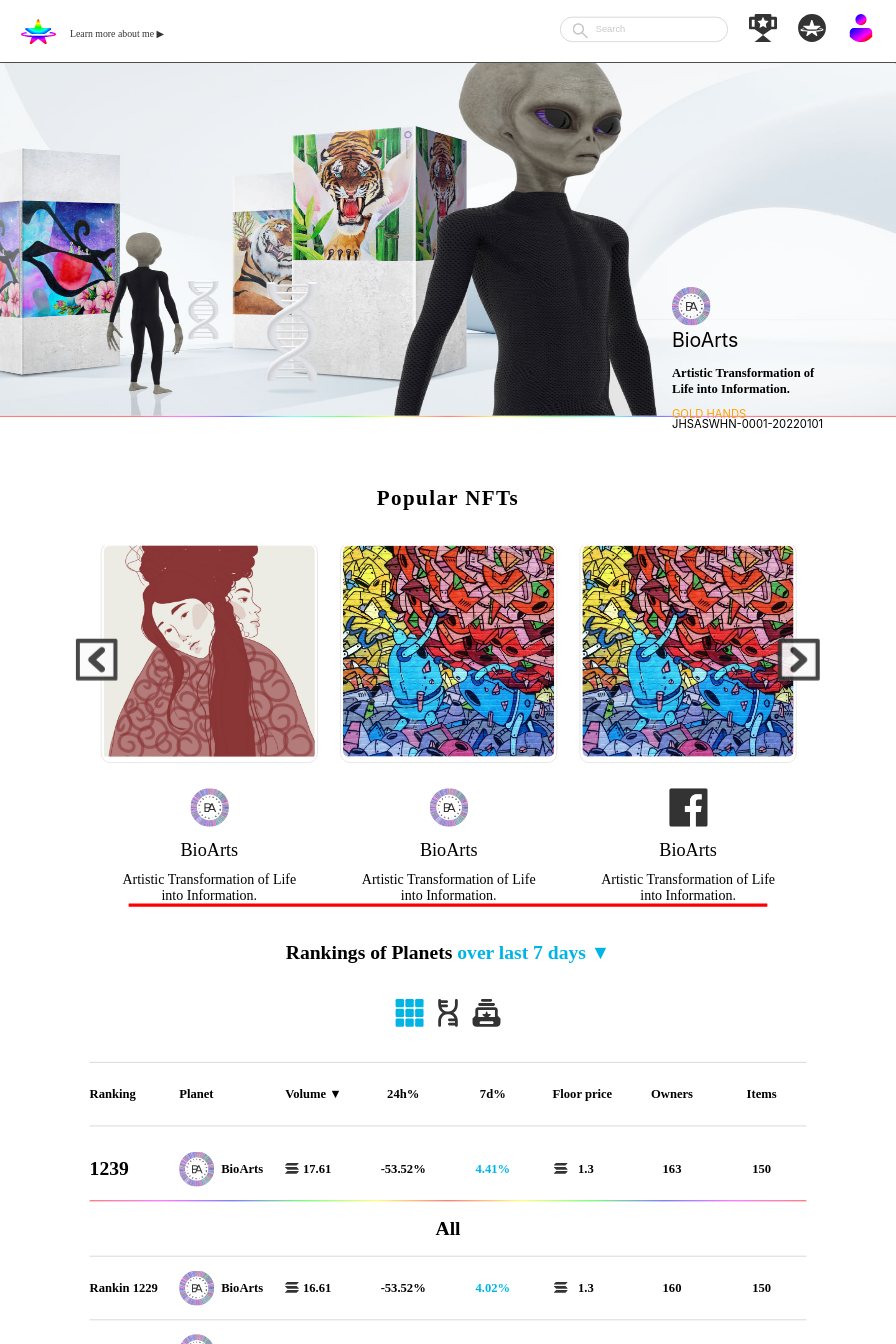
Repository: superHotBob/bioart
Page: /
The author's editor kept a copy of each file at every save. The page is drawn from the files as they stood at one save, then again after the next save.
The browser window is 1280 px wide. The pictures show the part of the page from y = 0 to 1920 px (the page is 2850 px tall), at 70% of full size.
Some web fonts or font styles are not loaded; a fallback is used. The project was rebuilt for these pictures with package versions that can differ from the ones it lists, and the page was loaded fresh each time. The framework's server and built-in components were replaced by stand-ins that run in the browser. Also part of the build but not shown: next.config.js.

Above is the page before, as saved 2022-04-06 09:03:43.

### pages/_app.js
import "../styles/globals.css";
import Layout from "../components/layout";
import { Provider } from "react-redux";
import store from "../store";

export default function MyApp({ Component, pageProps }) {
  return (
    <Provider store={store}>
      <Layout>
        <Component {...pageProps} />
      </Layout>
    </Provider>
  );
}

### styles/globals.css
@font-face {
  font-family: 'GmarketSansMedium';
  src: url('https://cdn.jsdelivr.net/gh/projectnoonnu/noonfonts_2001@1.1/GmarketSansMedium.woff') format('woff');
  font-weight: normal;
  font-style: normal;
}
@font-face {
  font-family: 'GmarketSansLight';
  src: url('https://cdn.jsdelivr.net/gh/projectnoonnu/noonfonts_2001@1.1/GmarketSansLight.woff') format('woff');
  font-weight: normal;
  font-style: normal;
}
@font-face {
  font-family: 'GmarketSansBold';
  src: url('https://cdn.jsdelivr.net/gh/projectnoonnu/noonfonts_2001@1.1/GmarketSansBold.woff') format('woff');
  font-weight: normal;
  font-style: normal;
}
html,
body {
  padding: 0;
  margin: 0;
  font-family: -apple-system, BlinkMacSystemFont, Segoe UI, Roboto, Oxygen,
    Ubuntu, Cantarell, Fira Sans, Droid Sans, Helvetica Neue, sans-serif;
}

input, select, button, textarea {
  outline: none;
}
a {
  color: inherit;
  text-decoration: none;
  cursor: pointer;
}
input::placeholder {
  color: #c9c9c9;
}
* {
  box-sizing: border-box;
  background-repeat: no-repeat;
}
button {
  cursor: pointer;
  font-family: "GmarketSansMedium";
  font-size: 18px;
  text-align: center;
}
.error {
  color: red;
  font-size: 20px;
}
figure {
  margin: 0;
  display: inline-block;
}
select {
  -webkit-appearance: none;
  -moz-appearance: none;

  height: 44px;
  padding-left: 20px;
  font-size: 18px;
  background: transparent;
  border: 1px solid #c9c9c9;
  border-radius: 20px;
  background: url('/icon_drp_arr.svg')  100% / 17% 35% no-repeat;
}
.blue {
  color: rgb(0, 180, 230);
  font-size: 18px;
  padding: 2px 0 2px 27px;

}
.bold {
  font-weight: 800;
  font-family: "GmarketSansbold";
}


.solana {
  background: url('/icon_graph_01.svg')  left 35% / auto 68% no-repeat;


}
@media screen and (max-width: 550px) {
  .blue {
    font-size: 14px;
    padding: 2px 0 2px 25px;
  }
}

### components/layout.js
import Navbar from "./navbar";
import Footer from "./footer";

export default function Layout({ children }) {
  return (
    <>
      <Navbar />
      <main style={{borderBottom: '1px solid #000'}}>
        {children}
        <style jsx global>{`
          .lastStringNft {
            width: 90%;
            position: absolute;
            top: 85%;
            left: 5%;
            padding: 10px 0;
            border-top: 1px solid #c9c9c9;
            font-size: 18px;
            color: #333;
            display: flex;
            justify-content: space-between;
            font-family: "GmarketSansLight";
          }
          .lastStringNft b {
            margin: 0 5px 0 0;
            flex-grow: 1;
          }
          .iconGraph {
            margin: 0px 15px;
            vertical-align: top;
            display: inline-block;
          }
          .priceNft {
            text-align: center;
            font-size: 30px;
            margin: 10px 0 0;
            font-family: "GmarketSansMedium";
          }
          .textNft {
            font-size: 1vw;
            margin: 0 0 15px;
            text-align: center;
            font-weight: 300;
            font-family: "GmarketSansLight";
          }
          .iconSlider {
          margin-top: 0;
          width: 65px;
          height: 65px;
        }
        .iconItemNft {
            width: 65px;
            height: 65px;
            display: block;
            margin: 0 auto;
            background-color: #fff;
            border-radius: 50%;
            border: 4px solid #fff;
            outline: 1px solid #ddd;
          }
          .itemSliderNft {
            position: relative;
          }
        `}</style>
      </main>
      <Footer />
    </>
  );
}

### store/index.js
import { configureStore } from "@reduxjs/toolkit";

import counterReducer from "../reduser";

export function makeStore() {
  return configureStore({
    reducer: { counter: counterReducer },
  });
}

const store = makeStore();

export default store;

### styles/Home.module.css
@font-face {
  font-family: "MyWebFontBlack";
  src: url("/fonts/NotoSerifCJKkr-Black.woff") format("woff");
}
@font-face {
  font-family: "MyWebFontBold";
  src: url("/fonts/NotoSerifCJKkr-Bold.woff") format("woff");
}
@font-face {
  font-family: "MyWebFontSCMediun";
  src: url("/fonts/NotoSerifSC-Medium.woff") format("woff");
}
@font-face {
  font-family: "MyWebFontSCLight";
  src: url("/fonts/NotoSerifSC-Light.woff") format("woff");
}
@font-face {
  font-family: "GmarketSansMedium";
  src: url("https://cdn.jsdelivr.net/gh/projectnoonnu/noonfonts_2001@1.1/GmarketSansMedium.woff")
    format("woff");
  font-weight: normal;
  font-style: normal;
}
.container {
  padding: 0;
}
.main {
  min-height: 80vh;
}
.header {
  height: 90px;
  display: block;
  position: relative;
  padding: 20px 30px;
  box-sizing: border-box;
  border-bottom: 1px solid #000;
}
.header .learn {
  margin: -34px 20px 0;
  vertical-align: middle;
  display: inline-block;
  width: 20%;
  font-size: 14px;
  cursor: pointer;
  font-family: "GmarketSansLight";
  color: #333;
}
.header a:hover {
  color: blue;
}
.symbol {
  margin-right: -40px;
  position: relative;
  z-index: 100;
  top: -1px;
}
.symbol_icon {
  height: 50px;
  width: 50px;
  display: inline-block;
  background: url("/symbol.svg") center / 100% no-repeat;
}
.search_input {
  position: relative;
  z-index: 1;
  border: 1px solid #c9c9c9;
  border-radius: 20px;
  height: 36px;
  width: 240px;
  padding: 0 20px 0 50px;
  vertical-align: text-bottom;
  outline: none;
}
.menu_tab {
  float: right;
  width: auto;
  text-align: right;
}
.tab01,
.tab02,
.tab03active,
.tab03,
.iconLike {
  height: 40px;
  width: 40px;
  vertical-align: sub;
  display: inline-block;
  margin-left: 30px;
}
.iconLike {
  position: relative;
  margin-left: 90px;
  cursor: pointer;
}
.iconLike::before {
  position: absolute;
  font-size: 18px;
  content: "250";
  left: -45px;
  top: 11px;
  font-family: "GmarketSansLight";
  display: inline-block;
}
.tab01 {
  background: url("/icon_tab_off_01.svg") center 100% no-repeat;
}
.tab01:hover {
  background: url("/icon_tab_on_01.svg") center 100% no-repeat;
}
.tab02 {
  background: url("/icon_tab_off_02.svg") center 100% no-repeat;
}
.tab03active {
  background: url("/icon_tab_on_03.svg") center 100% no-repeat;
}
.tab02:hover {
  background: url("/icon_tab_on_02.svg") center 100% no-repeat;
}
.tab03 {
  background: url("/icon_tab_off_03.svg") center 100% no-repeat;
}
.iconLike {
  background: url("/icon_like_on.svg") center 100% no-repeat;
}
.tab03:hover {
  background: url("/icon_tab_on_03.svg") center 100% no-repeat;
}
.wrapFirstBlock {
  width: 100%;
  height: 70.1vh;
  background: url('/main_top_bgline.jpg')  bottom center / 100% 1px repeat-x;
}
.firstBlock {
  /* background: url('/main_top_bg.jpg') center / 100% auto no-repeat;  */
  height: 70vh;
  position: relative;
}
.firstBlockText {
  position: absolute;
  top: 57%;
  left: 75%;
}
.firstBlockTextOnly h3 {
  font-size: 28px;
  font-weight: 400;
  color: #000;
  margin: 0;
}
.firstBlockTextOnly p {
  font-size: 18px;
  line-height: 1.3;
  font-family: "GmarketSansLight";
  font-weight: 800;
}
.gold {
  color: #ffa300;
  font-size: 16px;
  display: block;
  line-height: 10px;
}
.slider h2,
.sliderNft h2 {
  font-size: 30px;
  letter-spacing: 2px;
  font-family: "GmarketSansLight";
  font-weight: 800;
}
.sliderWraper,
.sliderWraperNft {
  height: auto;
  width: 80%;
  margin: 50px auto;
  position: relative;
}
.sliderWraperNft {
  width: 100%;
}
.bodySlider {
  height: auto;
  display: flex;
  justify-content: space-between;
}
.sliderBtnPrev,
.sliderBtnNext {
  position: absolute;
  border: none;
  top: 26%;
  height: 60px;
  width: 60px;
  left: -2%;
  opacity: 0.9;
  background-position: center;
  background-repeat: no-repeat;
  background-size: 100%;
  background-image: url("/slider_prev_btn.svg");
}
.sliderBtnPrev:hover {
  background-image: url("/slider_prev_btn_hv.svg");
  opacity: 1;
}
.sliderBtnNext {
  left: 96%;
  background-image: url("/slider_next_btn.svg");
}
.sliderBtnNext:hover {
  background-image: url("/slider_next_btn_hv.svg");
  opacity: 1;
}

.itemSlider {
  height: 40vw;
  padding: 0 20px;
  text-align: center;
}
.itemSliderImage {
  outline-offset: 3px;
  outline: 1px solid #ddd;
  background-size: 100% auto;
  border-radius: 10px;
  background-position: center top;
  background-repeat: no-repeat;
  height: 60%;
  margin-bottom: 40px;
  cursor: pointer;
}
.sliderText {
  font-size: 26px;
  margin: 15px;
  font-family: "GmarketSansMedium";
  font-weight: 400;
}
.sliderText p {
  font-size: 20px;
  margin: 15px 0 0;
  font-family: "GmarketSansLight";
}
.itemSlider .img {
  margin: 15px;
}
.sliderDot {
  margin: 0 auto;
  background-color: red;
  width: 89%;
}

.table h2 {
  text-align: center;
  font-family: "GmarketSansLight";
  font-size: 28px;
}
.table h2 a {
  color: #00b4e6;
}
.icons {
  width: 164px;
  margin: 50px auto;
  display: flex;
  justify-content: space-between;
}
.icons img:hover {
  cursor: pointer;
}
.tableBody {
  width: 80%;
  margin: 20px auto;
}
.headerTable,
.bodyTable,
.headerTableFirst {
  display: flex;
  justify-content: space-between;
  border-top: 1px solid #c9c9c9;
  border-bottom: 1px solid #c9c9c9;
  padding: 20px 0;
  font-weight: bold;
}
.headerTableFirst {
  border-top: none;
  border-image: linear-gradient(
    90deg,
    rgba(255, 0, 0, 1) 0%,
    rgba(255, 0, 255, 1) 10%,
    rgba(0, 0, 255, 1) 20%,
    rgba(0, 255, 0, 1) 30%,
    rgba(255, 255, 0, 1) 40%,
    rgba(255, 0, 0, 1) 50%,
    rgba(255, 255, 0, 1) 60%,
    rgba(0, 255, 0, 1) 70%,
    rgba(0, 0, 255, 1) 80%,
    rgba(255, 0, 255, 1) 90%,
    rgba(255, 0, 0, 1) 100%
  );
  border-image-slice: 1;
}
p.bodyTable {
  border-bottom: none;
  margin: 0;
}
p.headerTable:hover {
  background-color: rgba(220, 220, 220, 0.3);
  cursor: pointer;
  box-shadow: 0 1px 10px 5px rgba(220, 220, 220, 0.3);
}
.volumeIcon,.volumeIcon_2 {
  background: url("/icon_graph_01.svg") 21% 47%/ 16% no-repeat;
  padding-left: 10px;
}
.headerTable span,
.bodyTable span,
.headerTableFirst span {
  flex-grow: 1;
  font-size: 18px;
  line-height: 50px;
  font-family: "GmarketSansLight";
  width: 10%;
  text-align: center;
  display: inline-block;
}
.data {
  border-bottom: 1px solid #c9c9c9;
}
.btnPage {
  margin: 50px auto;
  text-align: center;
}
.btnPrev,
.btnNext {
  border: none;
  background: none;
  font-size: 18px;
  z-index: 1;
  font-family: "GmarketSansMedium";
  font-weight: 400;
  position: relative;
  color: #c9c9c9;
}
.btnPrev:hover {
  color: #000;
}
.btnPrev:hover::before {
  background-image: url("/prev_btn_hv.svg");
}
.btnNext:hover {
  color: #000;
}
.btnNext:hover::after {
  background-image: url("/next_btn_hv.svg");
}
.btnPrev:before,
.btnNext::after {
  content: "";
  width: 12px;
  height: 18px;
  z-index: 1;
  background-image: url("/prev_btn.svg");
  background-repeat: no-repeat;
  display: inline-block;
  vertical-align: middle;
  background-color: inherit;
  background-position: center center;
  margin: -5px 5px 0 0;
}
.btnNext::after {
  background-image: url("/next_btn.svg");
  margin: -5px 0 0 5px;
}
.footer {
  padding: 2rem 0;
  background-color: #f9f9f9;
  text-align: center;
  border-image: linear-gradient(
    90deg,
    rgba(255, 0, 0, 1) 0%,
    rgba(255, 0, 255, 1) 10%,
    rgba(0, 0, 255, 1) 20%,
    rgba(0, 255, 0, 1) 30%,
    rgba(255, 255, 0, 1) 40%,
    rgba(255, 0, 0, 1) 50%,
    rgba(255, 255, 0, 1) 60%,
    rgba(0, 255, 0, 1) 70%,
    rgba(0, 0, 255, 1) 80%,
    rgba(255, 0, 255, 1) 90%,
    rgba(255, 0, 0, 1) 100%
  );
  border-image-slice: 1;
  border-bottom: 1px solid #333;
}
.br {
  display: none;
}
.footerIconText {
  font-size: 34px;
  font-family: "GmarketSansMedium";
  font-weight: 400;
  margin: 10px 0;
  letter-spacing: 2px;
}
.footerText {
  font-size: 24px;
  font-family: "GmarketSansMedium";
  color: #c9c9c9;
}
.learnFooter {
  color: #00b4e6;
  font-size: 18px;
  font-family: "GmarketSansMedium";
}
.learnFooter:hover {
  color: #333;
}
.block_likes {
  width: 600px;
  height: 60vh;
  position: absolute;
  right: 35px;
  font-size: 18px;
  top: 90px;
  z-index: 100;
  text-align: center;
  padding: 20px;
  background-color: #fff;
  overflow-y: auto;
  border: 1px solid #c9c9c9;
  border-top: none;
}
.block_likes p {
  font-family: "GmarketSansLight";
  display: flex;
  justify-content: space-between;
  align-items: center;
  font-size: 20px;
  margin: 30px 0;
}
.icon_like span {
  border-radius: 50%;
  height: 50px;
  width: 50px;
  outline: 1px solid #c9c9c9;
  outline-offset: 2px;
  vertical-align: middle;
}
.icon_like_last span {
  border-radius: 0;
  outline: 1px solid #c9c9c9;
  outline-offset: 2px;
  vertical-align: middle;
}
.name {
  width: 35%;
  text-align: left;
}
.mobile {
  display: inline-block;
}
.mobileYes {
  display: none !important;
}
.planetsTableData {
    flex-grow: 4;
    font-size: 28px;
    height: 50px;
    text-align: left;
    background-image: url('/icon_ba.svg');
    background-repeat: no-repeat;
    background-size: 50px;
    padding-left: 60px;
}
@media screen and (max-width: 550px) {
  .search_input,
  .symbol {
    display: none;
  }
  .header {
    padding: 20px 10px;
  }
  .symbol_icon {
    height: 50px;
    width: 50px;
  }
  .tab01,
  .tab02,
  .tab03active,
  .tab03,
  .iconLike {
    margin-left: 10px;
  }
  .tab01 {
    margin: 0;
  }
  .header .learn {
    width: 100px;
    margin: -34px 10px 0;
  }
  .menu_tab {
    margin-top: 5px;
    justify-content: space-around;
    display: flex;
    width: 45%;
  }
  .firstBlock {
    height: 50vw;
  }
  .firstBlockText {
    position: static;
    background-color: #f9f9f9;
    padding: 30px 15px;
    border-image: linear-gradient(
    90deg,
    rgba(255, 0, 0, 1) 0%,
    rgba(255, 0, 255, 1) 10%,
    rgba(0, 0, 255, 1) 20%,
    rgba(0, 255, 0, 1) 30%,
    rgba(255, 255, 0, 1) 40%,
    rgba(255, 0, 0, 1) 50%,
    rgba(255, 255, 0, 1) 60%,
    rgba(0, 255, 0, 1) 70%,
    rgba(0, 0, 255, 1) 80%,
    rgba(255, 0, 255, 1) 90%,
    rgba(255, 0, 0, 1) 100%
  );
  border-image-slice: 1;
  border-bottom: 1px solid #333;
  }
  .firstBlockTextOnly {
    display: inline-block;
    vertical-align: top;
    margin-left: 10px;
    color: gray;
    width: 79%;
  }
  .wrapFirstBlock {
    height: auto;
  }
  .sliderWraper {
    width: 100%;
    margin: 20px auto 100px;
  }
  .itemSlider {
    height: 150vw;
    text-align: initial;
  }
  .sliderText {
    width: 70%;
    vertical-align: top;
    display: inline-block;
  }
  .volumeIcon {
    background: url(/icon_graph_01.svg) 0% 19%/ 32% no-repeat;
    padding-left: 15px;

  }
  .br {
    display: inline;
  }
  .mobile, .czczxc, .volumeIcon_2 {
    display: none !important;
  }
  .mobileYes {
    display: inline !important;
    font-size: 12px !important;
  }
  .headerTable span, .headerTableFirst span, .bodyTable span {
    width: fit-content;
    flex-grow: 0;
    padding-top: 5px;
    line-height: 23px;
    text-align: right;
  }
  .headerTable {
    justify-content: space-around;
    padding: 5px 0;
  }
  .tableBody {
    width: 90%;
  }
  .icons {
    width: 200px;
  }
  .sliderBtnNext, .sliderBtnPrev {
    display: none;
  }
}

### components/navbar.js
import Image from "next/image";
import Link from "next/link";
import styles from "../styles/Home.module.css";
import react, { useState} from 'react';

const likes = [
  { name: "Bob", date: 2 },
  { name: "Fill", date: 4 },
  { name: "Bill", date: 3 },
  { name: "Martin", date: 12 },
  { name: "Ali", date: 14 },
  { name: "Ivan", date: 13 },
];
export default function Navbar() {
  const [likesView, setLikesView] = useState(false);
  return (
    <div className={styles.header}>
      <Link href="/explore" passHref>
        <figure className={styles.symbol_icon}/>
      </Link>

      <Link href="/">
        <a className={styles.learn}>Learn more about me &#9654;</a>
      </Link>
      <div className={styles.menu_tab}>
        <span className={styles.symbol}>
          <Image src="/icon_search.svg" width={22} height={22} alt="search" />
        </span>
        <input
          type="search"
          className={styles.search_input}
          placeholder="Search"
        />
        <Link href="/createitem/createitem">
          <a className={styles.tab01} />
        </Link>
        <Link href="/geno">
          <a className={styles.tab02} />
        </Link>
        <Link href="/profilesetting" >
          <a className={styles.tab03active} />
        </Link>

        {/* <b className={styles.iconLike} onClick={()=>setLikesView(!likesView)}/> */}

        {likesView && <div className={styles.block_likes}>
          LIKE
          {likes.map((i, index) => (
            <p key={index}>
              <figure className={styles.icon_like}>
                <Image
                  src="/article-img.png"
                  width={50}
                  height={50}
                  alt="icon"
                />
              </figure>
              <span className={styles.name}> {i.name} likes this</span>
              <span>{i.date} days ago</span>
              <figure className={styles.icon_like}>
                <Image src="/icon_ba.svg" width={50} height={50} alt="icon" />
              </figure>
              <figure className={styles.icon_like_last}>
                <Image
                  src="/planet-img-02.png"
                  width={50}
                  height={50}
                  alt="icon"
                />
              </figure>
            </p>
          ))}
        </div>}
      </div>
    </div>
  );
}

### components/footer.js
import Image from "next/image";
import styles from "../styles/Home.module.css";
export default function Footer() {
  return (
    <footer className={styles.footer}>
      <span className={styles.logo}>
        <Image src="/symbol.svg" alt=" Logo" width={112} height={80} />
      </span>
      <p className={styles.footerIconText}>GenoVerse</p>
      <p className={styles.footerText}>
        GenoVerse is a unique NFT market specialized in the genome.
      </p>
      <a src="/#" className={styles.learnFooter}>
        Learn more about me &#9654;
      </a>
    </footer>
  );
}

### reduser/index.js
import { createSlice } from "@reduxjs/toolkit";

const initialState = {
 profile: {
  email: 'bob@tut.by',
  name: 'bob',
  representative_planet: 'Geno`s Collection'
 },
  walletAddress: "",
  balance: 0,
  token: "",
  tokenId: 0,
};
export const counterSlice = createSlice({
  name: "counter",
  initialState,

  reducers: {
    increment: (state) => {
      state.value = true;
    },

    addAccount: (state, action) => {
      state.walletAddress = action.payload;
    },
    changeBalance: (state, action) => {
      state.balance = action.payload;
    },
    setToken: (state, action) => {
      state.token = action.payload;
    },
    setTokenId: (state, action) => {
      state.tokenId = action.payload;
    },
  },
});
export const {
    increment,
    addAccount,
    changeBalance,
    setToken,
    setTokenId,
  } = counterSlice.actions;

  export const profile = (state) => state.counter.profile;

  export const selectCount = (state) => state.counter.value;
  export const walletAddress = (state) => state.counter.walletAddress;
  export const balance = (state) => state.counter.balance;
  export const token = (state) => state.counter.token;
  export const tokenId = (state) => state.counter.tokenId;

  export default counterSlice.reducer;

Loaded but not shown: pages/_document.js (common file); pages/index.js (382 lines, source omitted)

After the next save:
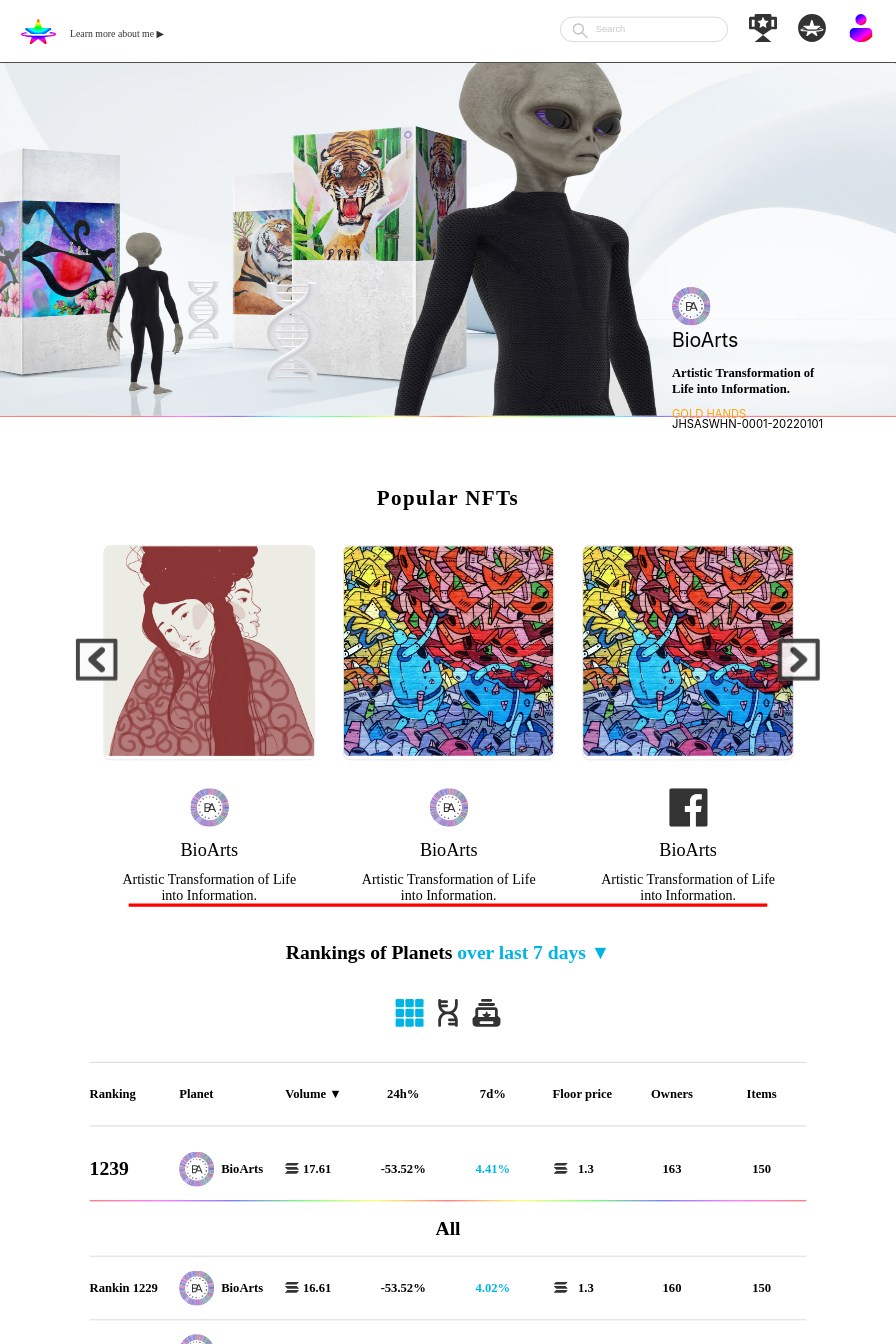
Saved 2 min 39 s later.
--- a/styles/Home.module.css
+++ b/styles/Home.module.css
@@ -213,8 +213,8 @@
   text-align: center;
 }
 .itemSliderImage {
-  outline-offset: 3px;
-  outline: 1px solid #ddd;
+
+  border: 1px solid #ddd;
   background-size: 100% auto;
   border-radius: 10px;
   background-position: center top;
